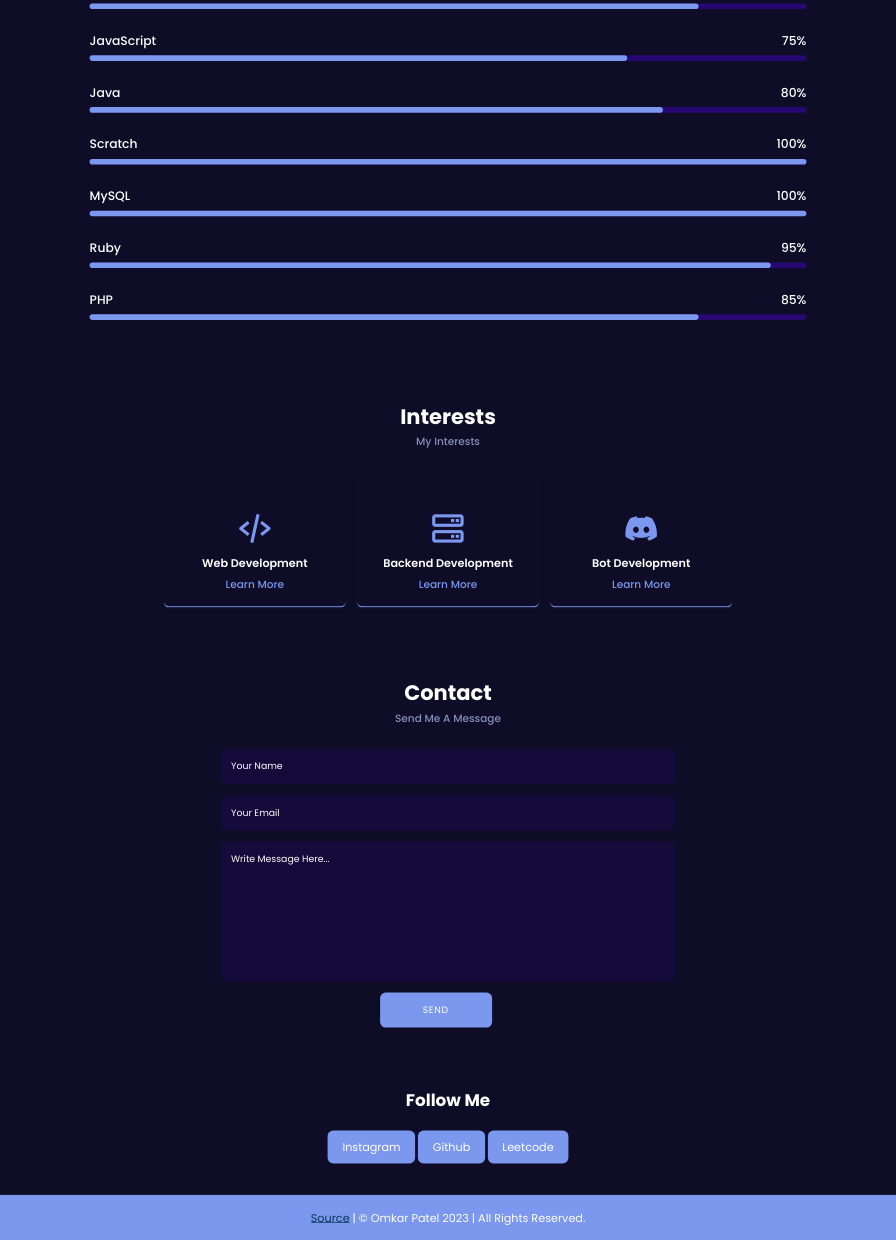
Repository: omkarxpatel/Omkar-Portfolio
Page: src/index.html
These files come from the project's save history. The page is drawn as it stood at one moment and after a run of saves; the edit follows.
The browser window is 1280 px wide. The pictures show the part of the page from y = 1720 to 3640 px (the page is 3492 px tall before and 3640 px after), at 70% of full size.
A picture or video elsewhere on the page could not be fetched, so the positions and the page height are approximate.

Above is the page before, as saved 2023-03-25 16:37:07.

After the next 2 saves:
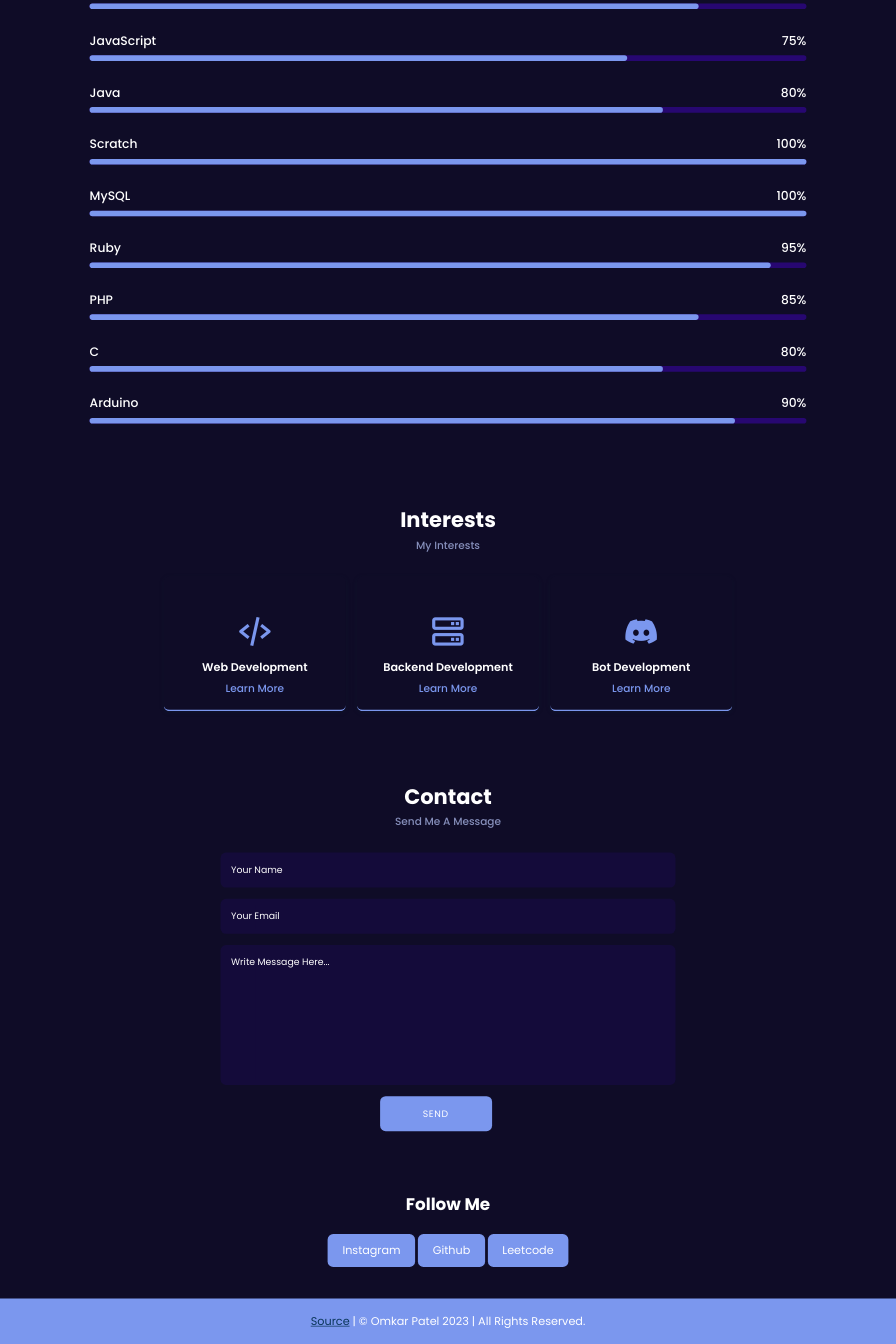
The 2 saves are shown as one change because they came seconds apart.
The last was saved 8 s later.
--- a/src/index.html
+++ b/src/index.html
@@ -164,7 +164,7 @@
                 <div class="light-bar"></div>
                 <div class="percent-bar php-bar"></div>
             </div>
-<!--
+
             <div class="bars-box">
                 <h3>C</h3>
                 <span>80%</span>
@@ -177,7 +177,7 @@
                 <span>90%</span>
                 <div class="light-bar"></div>
                 <div class="percent-bar ardruino-bar"></div>
-            </div> -->
+            </div>
 
         </div>
         <!-- <div class="skills-img">
